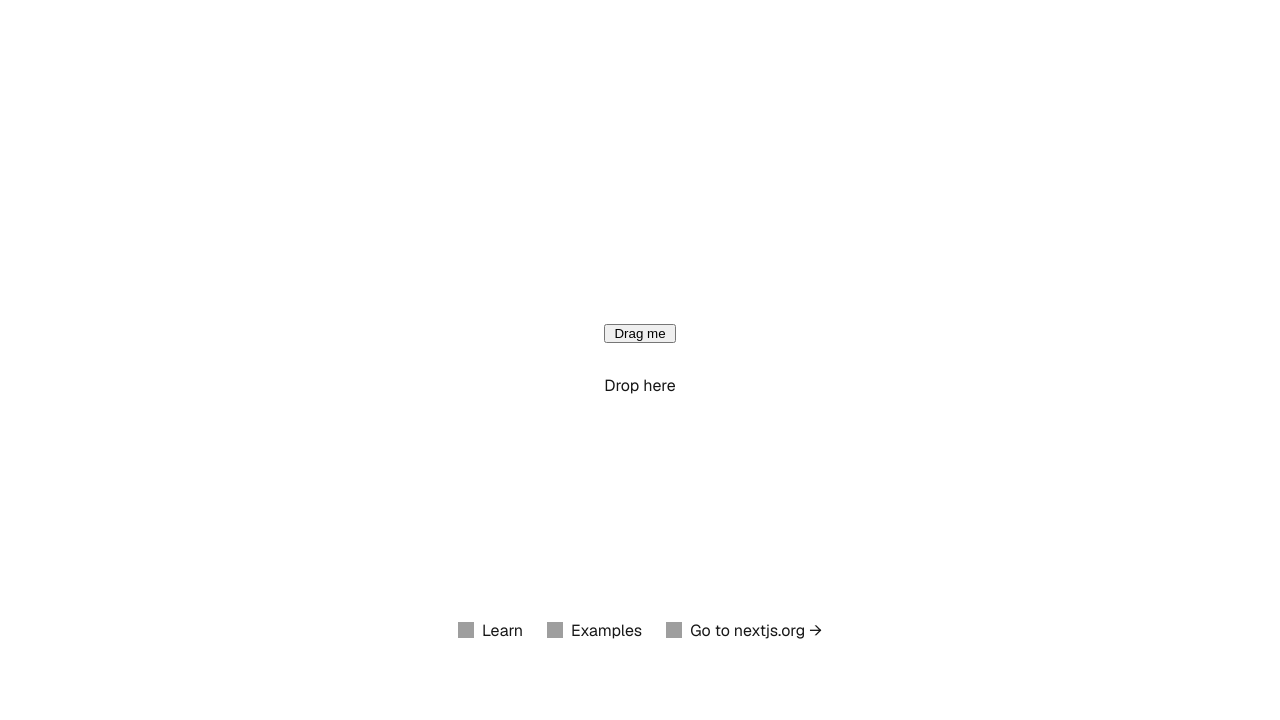
Repository: JasonMorta/react-dnd
Page: /
An editor plug-in stored every save of this project. The page is shown before and after the next save, followed by the edit.
The browser window is 1280 px wide. The pictures show the whole page.
Pictures or frames that could not be fetched are drawn as grey boxes. An inner scrolling area shows only its first screen. The project was rebuilt for these pictures with package versions that can differ from the ones it lists, and the page was loaded fresh each time. The framework's server and built-in components were replaced by stand-ins that run in the browser. Also part of the build but not shown: next.config.mjs.

Above is the page before, as saved 2025-03-16 23:01:25.

### src/app/page.jsx
import Image from "next/image";
import styles from "./page.module.css";
import CardEl from "./components/CardEl";

export default function Home() {
  return (
    <div className={styles.page}>
      <main className={styles.main}>
        <CardEl />
      </main>
      <footer className={styles.footer}>
        <a
          href="https://nextjs.org/learn?utm_source=create-next-app&utm_medium=appdir-template&utm_campaign=create-next-app"
          target="_blank"
          rel="noopener noreferrer"
        >
          <Image
            aria-hidden
            src="/file.svg"
            alt="File icon"
            width={16}
            height={16}
          />
          Learn
        </a>
        <a
          href="https://vercel.com/templates?framework=next.js&utm_source=create-next-app&utm_medium=appdir-template&utm_campaign=create-next-app"
          target="_blank"
          rel="noopener noreferrer"
        >
          <Image
            aria-hidden
            src="/window.svg"
            alt="Window icon"
            width={16}
            height={16}
          />
          Examples
        </a>
        <a
          href="https://nextjs.org?utm_source=create-next-app&utm_medium=appdir-template&utm_campaign=create-next-app"
          target="_blank"
          rel="noopener noreferrer"
        >
          <Image
            aria-hidden
            src="/globe.svg"
            alt="Globe icon"
            width={16}
            height={16}
          />
          Go to nextjs.org →
        </a>
      </footer>
    </div>
  );
}

### src/app/components/CardEl.jsx
'use client'
import React, {useState} from 'react';
import {DndContext} from '@dnd-kit/core';

import {Droppable} from './Droppable';
import {Draggable} from './Draggable';

function CardEl() {
  const [isDropped, setIsDropped] = useState(false);
  const draggableMarkup = (
    <Draggable>Drag me</Draggable>
  );

  return (
    <DndContext onDragEnd={handleDragEnd}>
      {!isDropped ? draggableMarkup : null}
      <Droppable>
        {isDropped ? draggableMarkup : 'Drop here'}
      </Droppable>
    </DndContext>
  );

  function handleDragEnd(event) {
    if (event.over && event.over.id === 'droppable') {
      setIsDropped(true);
    }
  }
}

export default CardEl;

### src/app/components/Droppable.jsx
'use client'
import React from 'react';
import {useDroppable} from '@dnd-kit/core';

export function Droppable(props) {
  const {isOver, setNodeRef} = useDroppable({
    id: 'droppable',
  });
  const style = {
    color: isOver ? 'green' : undefined,
  };


  return (
    <div ref={setNodeRef} style={style}>
      {props.children}
    </div>
  );
}

### src/app/components/Draggable.jsx
'use client'
import React from 'react';
import {useDraggable} from '@dnd-kit/core';

export function Draggable(props) {
  const {attributes, listeners, setNodeRef, transform} = useDraggable({
    id: 'draggable',
  });
  const style = transform ? {
    transform: `translate3d(${transform.x}px, ${transform.y}px, 0)`,
  } : undefined;


  return (
    <button ref={setNodeRef} style={style} {...listeners} {...attributes}>
      {props.children}
    </button>
  );
}

Loaded but not shown: src/app/layout.jsx (common file); src/app/globals.css (common file); src/app/page.module.css (common file)

After the next save:
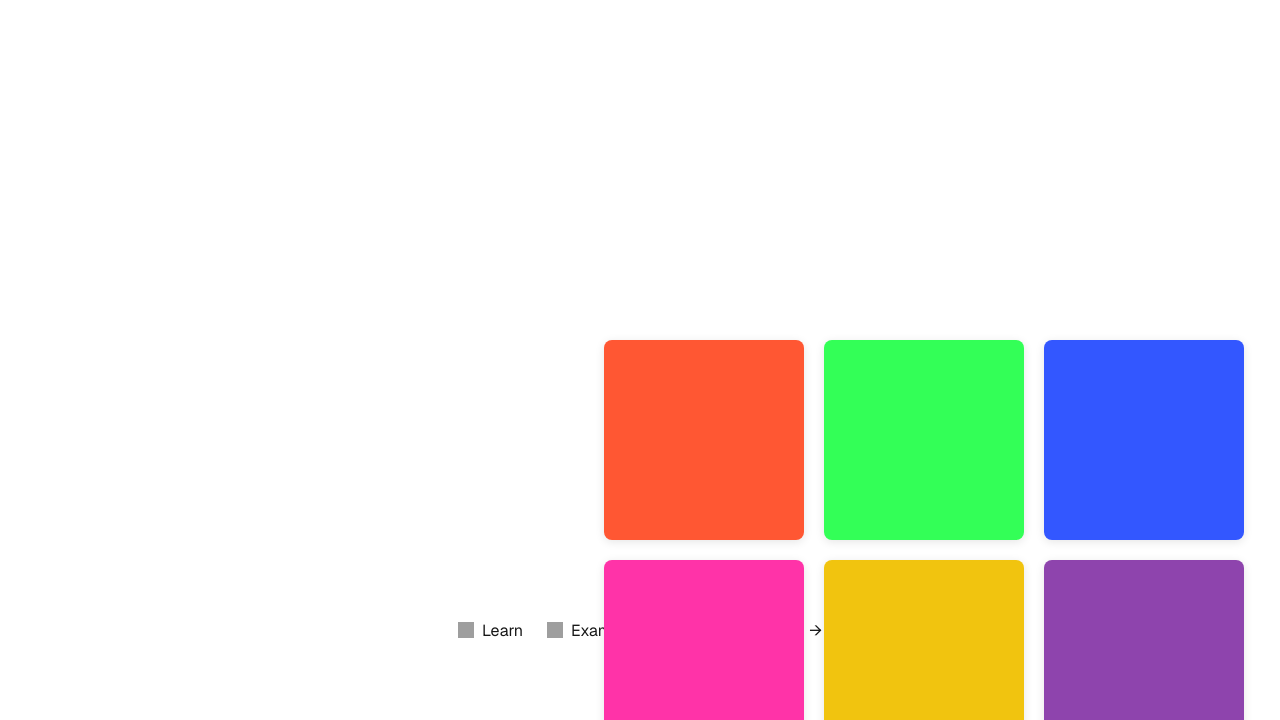
Saved 12 min 19 s later.
--- a/src/app/components/CardEl.jsx
+++ b/src/app/components/CardEl.jsx
@@ -1,30 +1,78 @@
-'use client'
-import React, {useState} from 'react';
-import {DndContext} from '@dnd-kit/core';
+import React, { useState } from "react";
+import { DndContext, useDraggable, useDroppable, MouseSensor, TouchSensor, useSensor, useSensors } from "@dnd-kit/core";
+import { CSS } from '@dnd-kit/utilities';
 
-import {Droppable} from './Droppable';
-import {Draggable} from './Draggable';
+// Sample colors for cards
+const colors = ['#FF5733', '#33FF57', '#3357FF', '#FF33A8', '#F1C40F', '#8E44AD', '#1F618D', '#E74C3C'];
 
-function CardEl() {
-  const [isDropped, setIsDropped] = useState(false);
-  const draggableMarkup = (
-    <Draggable>Drag me</Draggable>
+// Main Component
+const CardEl = () => {
+  // State to keep track of card positions
+  const [cards, setCards] = useState(
+    colors.map((color, index) => ({ id: index.toString(), color }))
   );
+
+  // Drag event handlers
+  const handleDragEnd = (event) => {
+    const { active, over } = event;
+    if (active.id !== over?.id) {
+      const activeIndex = cards.findIndex(card => card.id === active.id);
+      const overIndex = cards.findIndex(card => card.id === over?.id);
+
+      const newCards = [...cards];
+      // Swap the positions of the cards
+      [newCards[activeIndex], newCards[overIndex]] = [newCards[overIndex], newCards[activeIndex]];
+
+      setCards(newCards);
+    }
+  };
+
+  // Masonry grid layout
+  const getCardStyle = (index) => ({
+    width: 200,
+    height: 200,
+    backgroundColor: cards[index].color,
+    marginBottom: '16px',
+    cursor: 'move',
+    borderRadius: '8px',
+    boxShadow: '0 2px 10px rgba(0, 0, 0, 0.1)',
+    transition: 'all 0.3s ease',
+  });
 
   return (
     <DndContext onDragEnd={handleDragEnd}>
-      {!isDropped ? draggableMarkup : null}
-      <Droppable>
-        {isDropped ? draggableMarkup : 'Drop here'}
-      </Droppable>
+      <div style={gridStyle}>
+        {cards.map((card, index) => (
+          <DraggableCard key={card.id} index={index} id={card.id} style={getCardStyle(index)} />
+        ))}
+      </div>
     </DndContext>
   );
+};
 
-  function handleDragEnd(event) {
-    if (event.over && event.over.id === 'droppable') {
-      setIsDropped(true);
-    }
-  }
-}
+// Draggable card component
+const DraggableCard = ({ id, index, style }) => {
+  const { attributes, listeners, setNodeRef } = useDraggable({
+    id,
+  });
+
+  return (
+    <div
+      ref={setNodeRef}
+      {...listeners}
+      {...attributes}
+      style={{ ...style, position: 'absolute', top: `${Math.floor(index / 3) * 220}px`, left: `${(index % 3) * 220}px` }}
+    />
+  );
+};
+
+// Simple masonry grid style
+const gridStyle = {
+  display: 'grid',
+  gridTemplateColumns: 'repeat(3, 1fr)', // 3 columns
+  gap: '16px',
+  position: 'relative',
+  padding: '20px',
+};
 
 export default CardEl;
